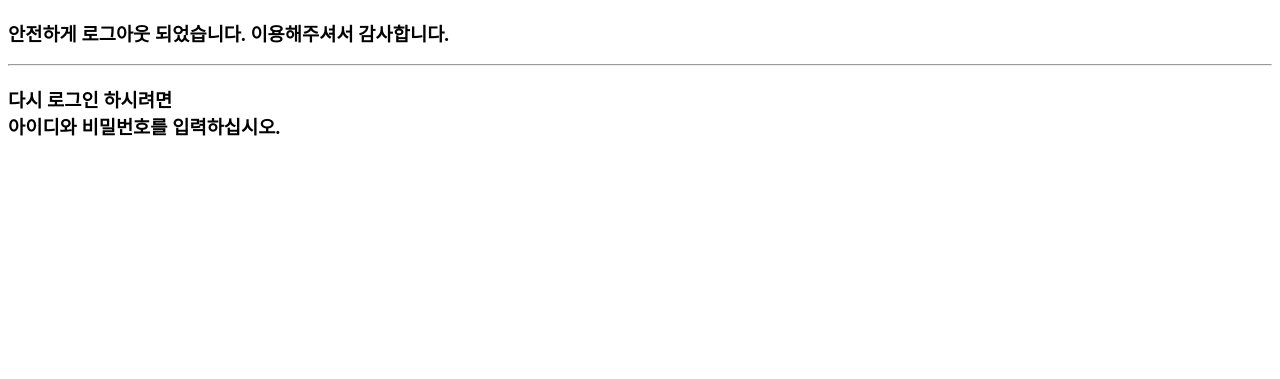
Repository: Gabintree/JDBC2019
Page: http://localhost/Oracle_20190522/chap10_logout.jsp
The author's editor kept a copy of each file at every save. The page is drawn from the files as they stood at one save, then again after the next save.
The browser window is 1280 px wide. The pictures show the whole page.
The page is served by Tomcat 9.

Above is the page before, as saved 2019-05-23 05:45:41.

### Oracle_20190522/WebContent/chap10_logout.jsp
<%@ page language="java" contentType="text/html; charset=UTF-8"
    pageEncoding="UTF-8"%>
<!DOCTYPE html>
<html>
<head>
<meta charset="UTF-8">
<title>로그아웃</title>
</head>
<body>
<h3>안전하게 로그아웃 되었습니다. 이용해주셔서 감사합니다.</h3>
<hr>
<h3>다시 로그인 하시려면<br>아이디와 비밀번호를 입력하십시오.</h3>


</body>
</html>

### Oracle_20190522/WebContent/chap10_login.jsp
<%@ page language="java" contentType="text/html; charset=UTF-8"
    pageEncoding="UTF-8"%>
<!DOCTYPE html>
<html>
<head>
<meta charset="UTF-8">
<title>로그인</title>
</head>
<style>
table, tr, td {
border : 1px solid black;
}
</style>
<body>

<h3>아이디와 비밀번호를 입력하십시오.</h3>
<hr>

<form action ="chap10_logined.jsp" method ="post">
	<table>
		<tr>
		<td>아이디</td><td><input type ="text" name="id"></td>
		</tr>
		<tr>
		<td>비밀번호</td><td><input type ="password" name="pw"></td>
		</tr>
		<tr>
		<td colspan = "2" style = 'text-align : right'><input type="checkbox" value ="아이디 저장">아이디 저장</td>
		</tr>
		<tr>
		<td colspan = "2" style = 'text-align : right'><a href = "chap10_joined.jsp">회원가입</a> <input type="submit" value="로그인"></td>
		</tr>


	</table>
</form>

</body>
</html>

After the next save:
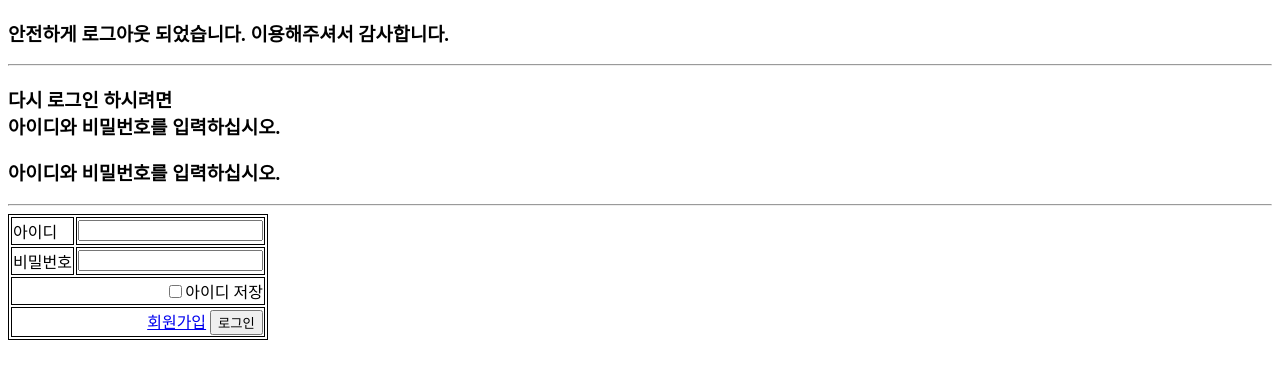
Saved 76 s later.
--- a/Oracle_20190522/WebContent/chap10_logout.jsp
+++ b/Oracle_20190522/WebContent/chap10_logout.jsp
@@ -11,6 +11,9 @@
 <hr>
 <h3>다시 로그인 하시려면<br>아이디와 비밀번호를 입력하십시오.</h3>
 
+<%
+	pageContext.include("chap10_login.jsp");
+%>
 
 </body>
 </html>
